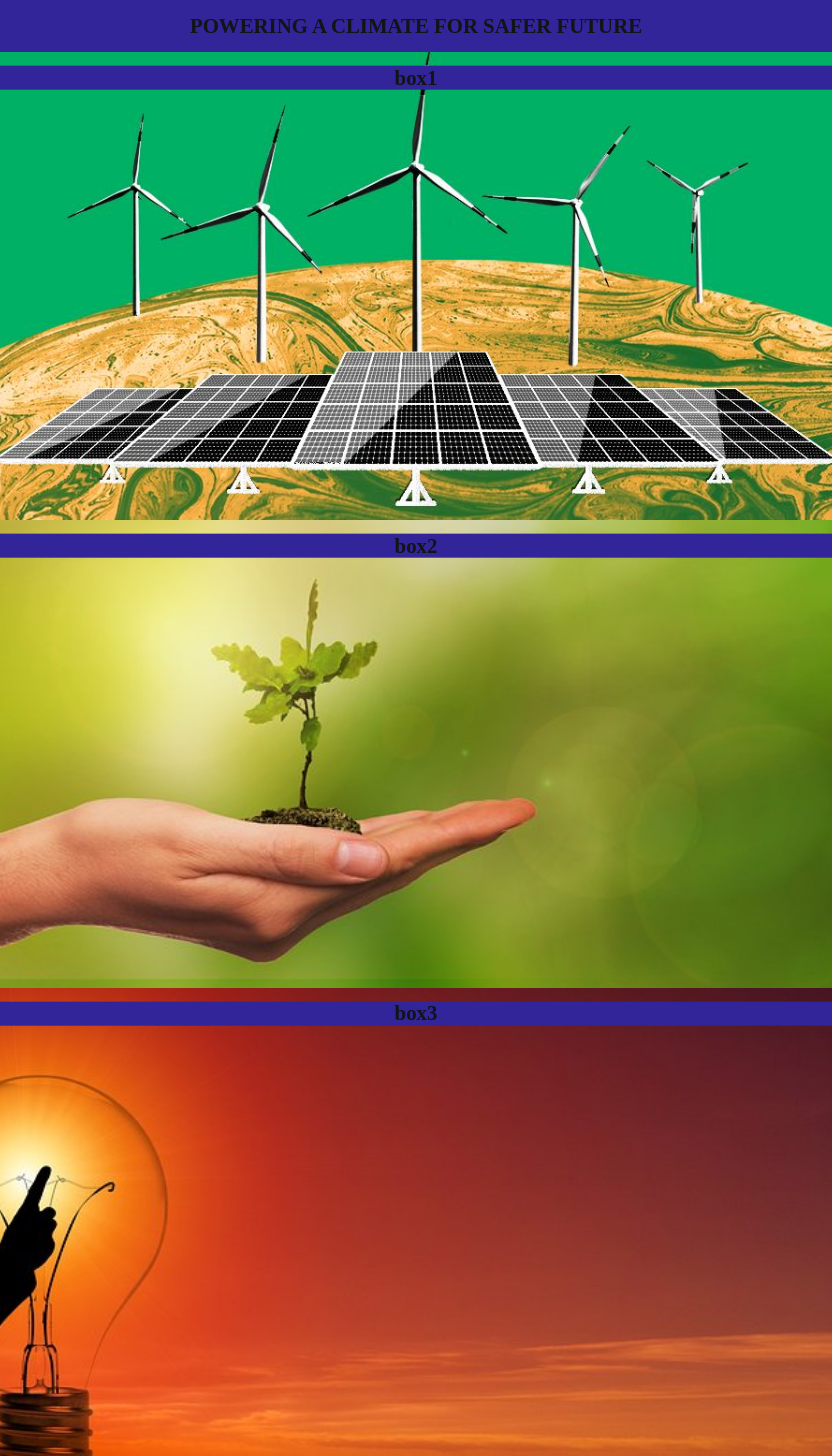
Repository: NavinDayanithi/static-web-design-competition
Page: index.html
An editor plug-in stored every save of this project. The page is shown before and after the next save, followed by the edit.
The browser window is 1280 px wide. The pictures show the whole page, at 65% of full size.
Backgrounds fixed to the window are drawn as part of the page.

Above is the page before, as saved 2023-04-28 19:43:51.

### index.html
<!DOCTYPE html>
<html lang="en">
<head>
  <title>POWERING CLIMATE </title>
  <link rel="stylesheet" href="styles.css">
</head>
<body>
    <h1 >POWERING A CLIMATE FOR SAFER FUTURE</h1>
    <div class="box1">
        <h1>box1</h1>
    </div>
    <div class="box2">
        <h1>box2</h1>
    </div>
    <div class="box3">
        <h1>box3</h1>
    </div>
</body>
</html>

### styles.css
*{
    background-color: rgb(49, 37, 153);
}
h1
{
    text-align:center;
    color:rgb(19, 20, 20);

}

 body{
    margin: 0;
    padding: 0;
    /* background-color: blue; */
}
head{
    text-align: center;
}

.box1{
    height: 100vh;
    width:100%;
    background-image: url(img1.jpg);
    background-size: cover;
    background-position: center;
    display: table;
    background-attachment: fixed;
}

.box2{
    height: 100vh;
    width:100%;
    background-image: url(img2.jpg);
    background-size: cover;
    background-position: center;
    display: table;
    background-attachment: fixed;
}

.box3{
    height: 100vh;
    width:100%;
    background-image: url(img3.jpg);
    background-size: cover;
    background-position: center;
    display: table;
    background-attachment: fixed;
}

After the next save:
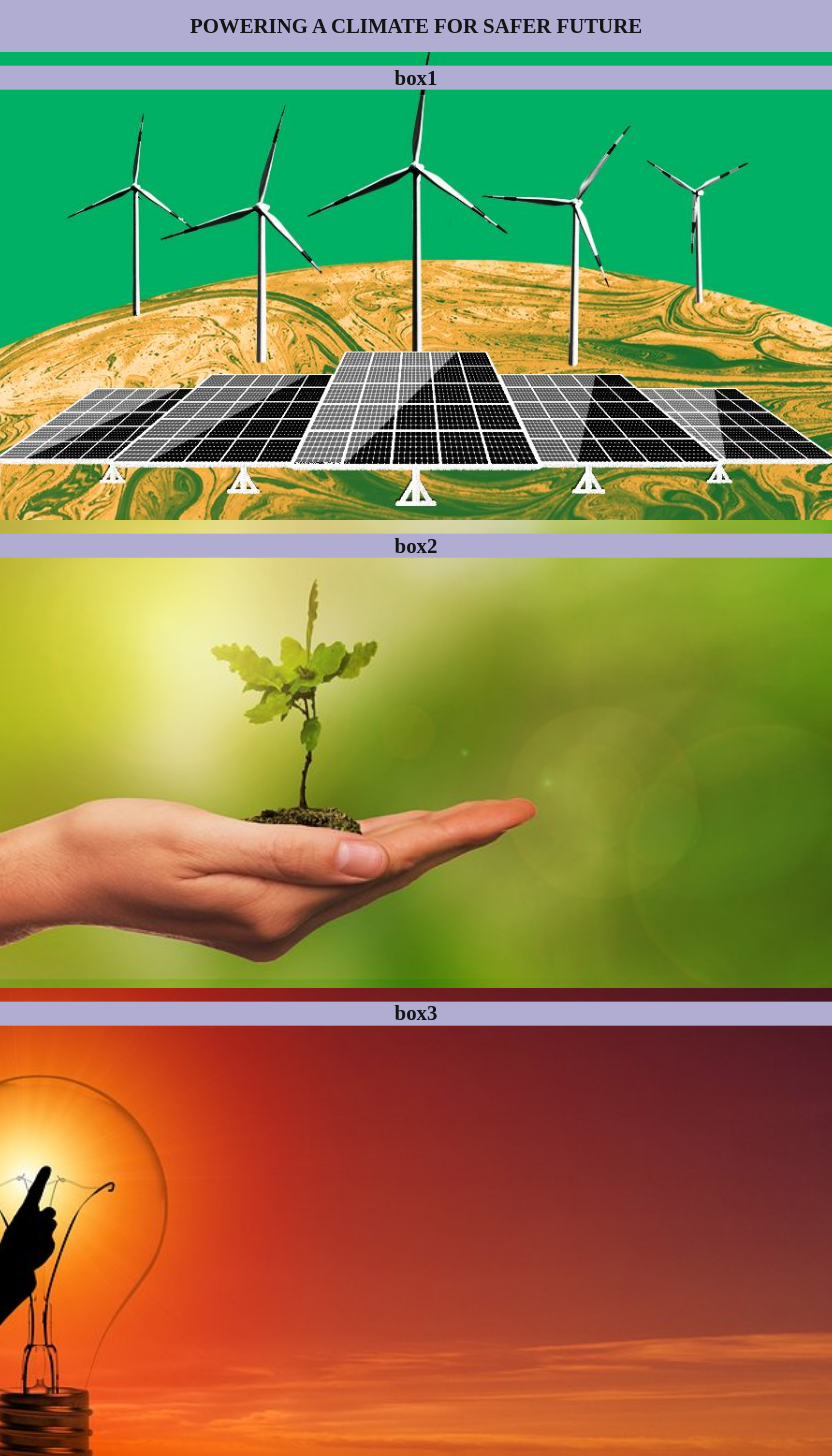
Saved 6 s later.
--- a/styles.css
+++ b/styles.css
@@ -1,5 +1,5 @@
 *{
-    background-color: rgb(49, 37, 153);
+    background-color: rgb(176, 172, 210);
 }
 h1
 {
